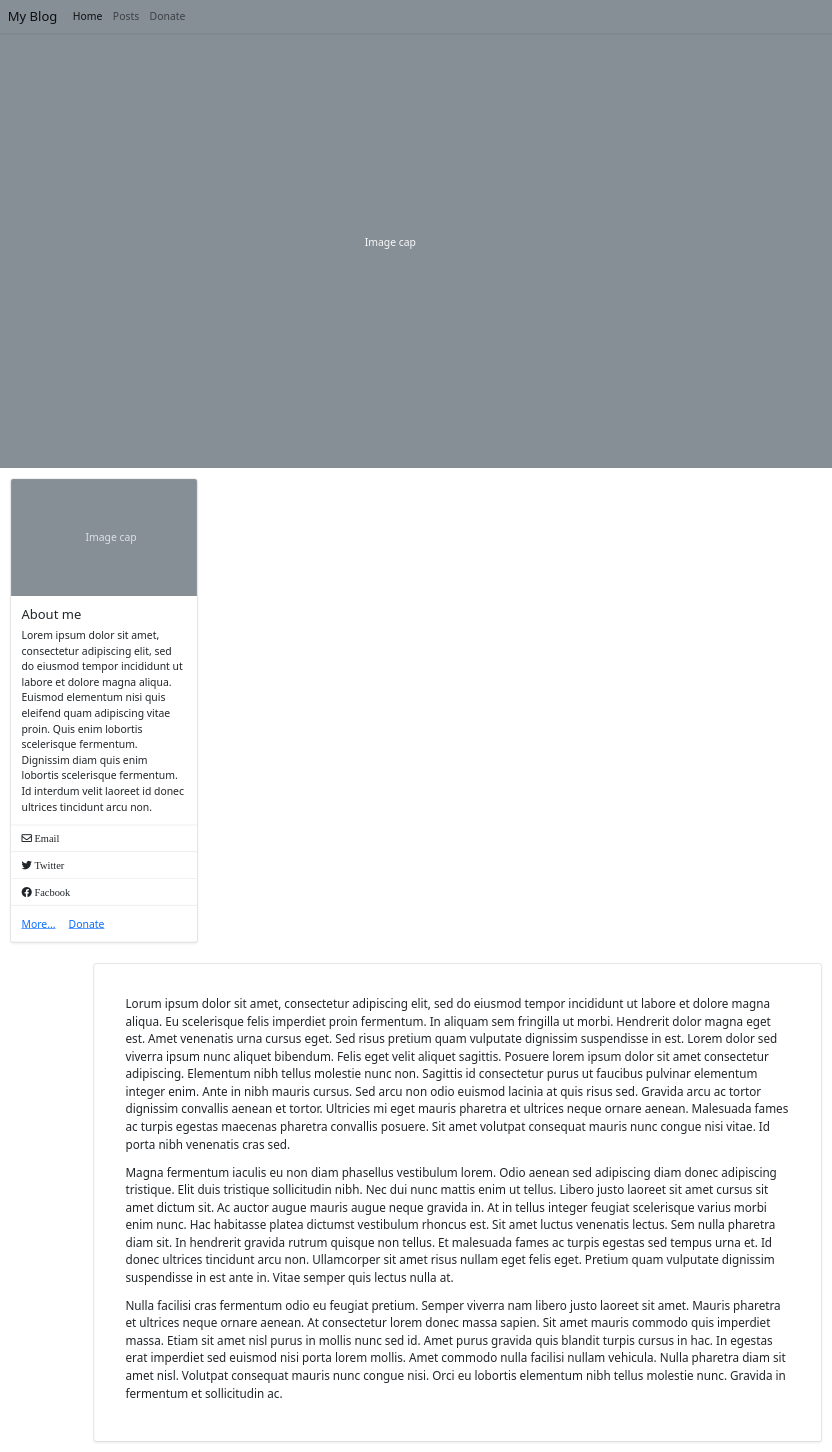
Repository: LublubXT/Azi-Tec-Team
Page: views/templates/blogs/personalblog/home.html
An editor plug-in stored every save of this project. The page is shown before and after the next save, followed by the edit.
The browser window is 1280 px wide. The pictures show the whole page, at 65% of full size.

Above is the page before, as saved 2021-03-11 09:23:05.

After the next save:
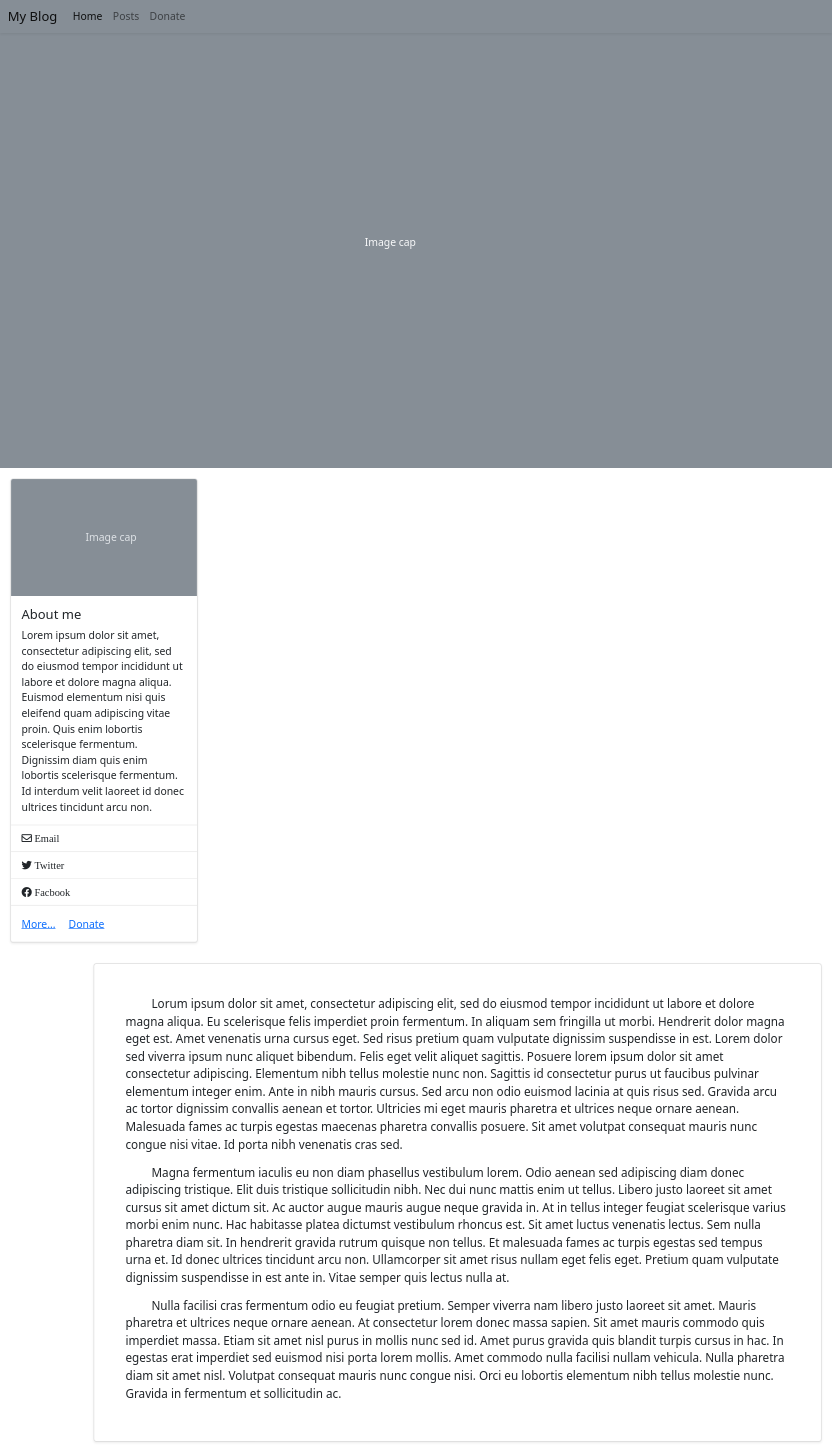
Saved 22 s later.
--- a/views/templates/blogs/personalblog/css/style.css
+++ b/views/templates/blogs/personalblog/css/style.css
@@ -54,5 +54,5 @@ body {
 }
 
 .tab {
-    tab-size: 4;
+    margin-left: 40px;
 }
